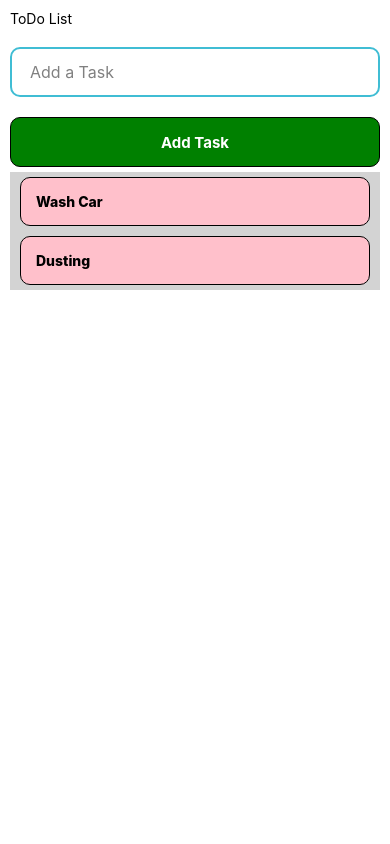
Repository: raisingh22/Projects
Screen: /
An editor plug-in stored every save of this project. The screen is shown before and after a run of saves, followed by the edit.
The app was drawn by React Native's web renderer in a window 390 px wide. The project was rebuilt for these pictures with package versions that can differ from the ones it lists, and the page was loaded fresh each time.

Above is the screen before, as saved 2024-01-21 19:18:31.

After the next 4 saves:
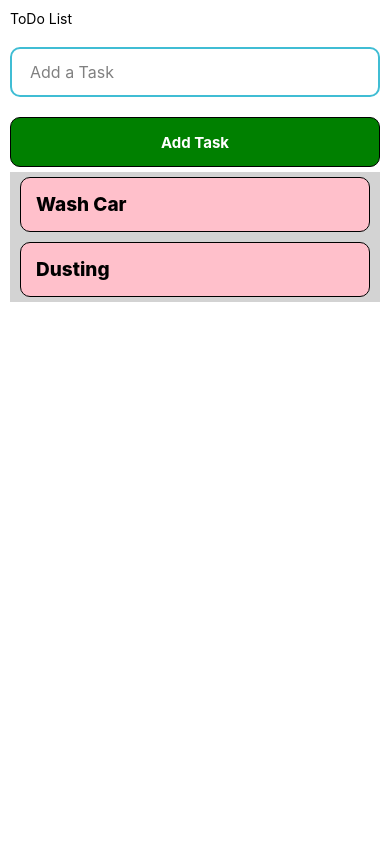
The 4 saves are shown as one change because they came seconds apart.
The last was saved 11 s later.
--- a/src/ToDoList/screens/ToDo.js
+++ b/src/ToDoList/screens/ToDo.js
@@ -50,7 +50,8 @@ const ToDo = () => {
               marginHorizontal: 10,
             }}>
             <Text style={{
-                fontWeight:'800'
+                fontWeight:'800',
+                fontSize:19
             }}>{item.name}</Text>
           </View>
         )}
